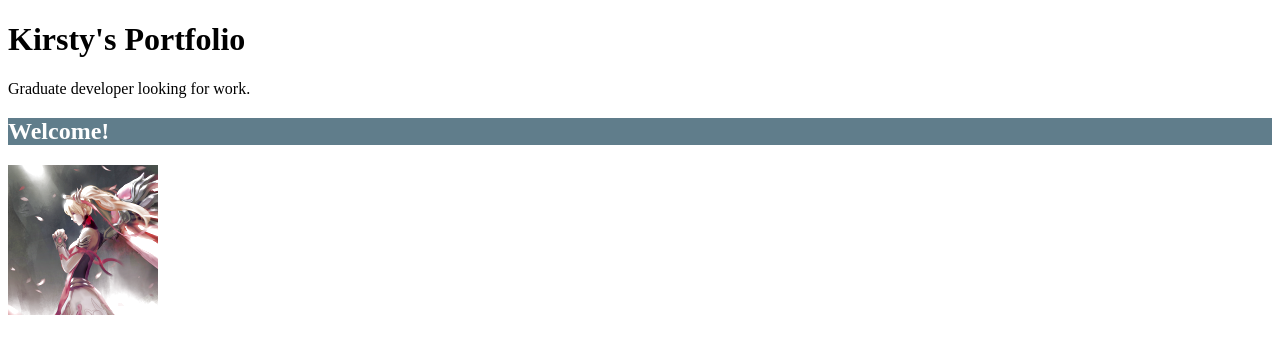
Repository: KLM94/newportfolio
Page: index.html
The author's editor kept a copy of each file at every save. The page is drawn from the files as they stood at one save, then again after the next save.
The browser window is 1280 px wide. The pictures show the whole page.

Above is the page before, as saved 2020-10-23 16:07:26.

After the next save:
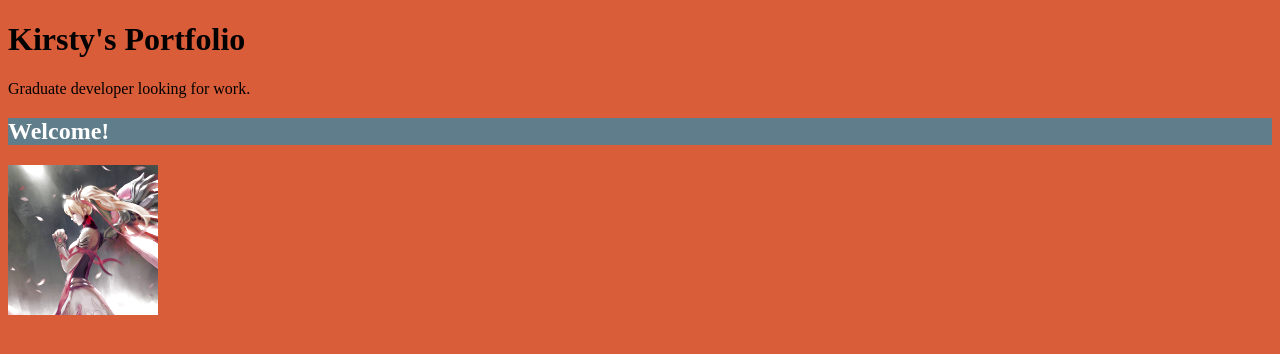
Saved 37 s later.
--- a/main.css
+++ b/main.css
@@ -1,5 +1,5 @@
 body {
-  background-color: D95D39;
+  background-color: #d95d39;
 }
 
 h2 {
